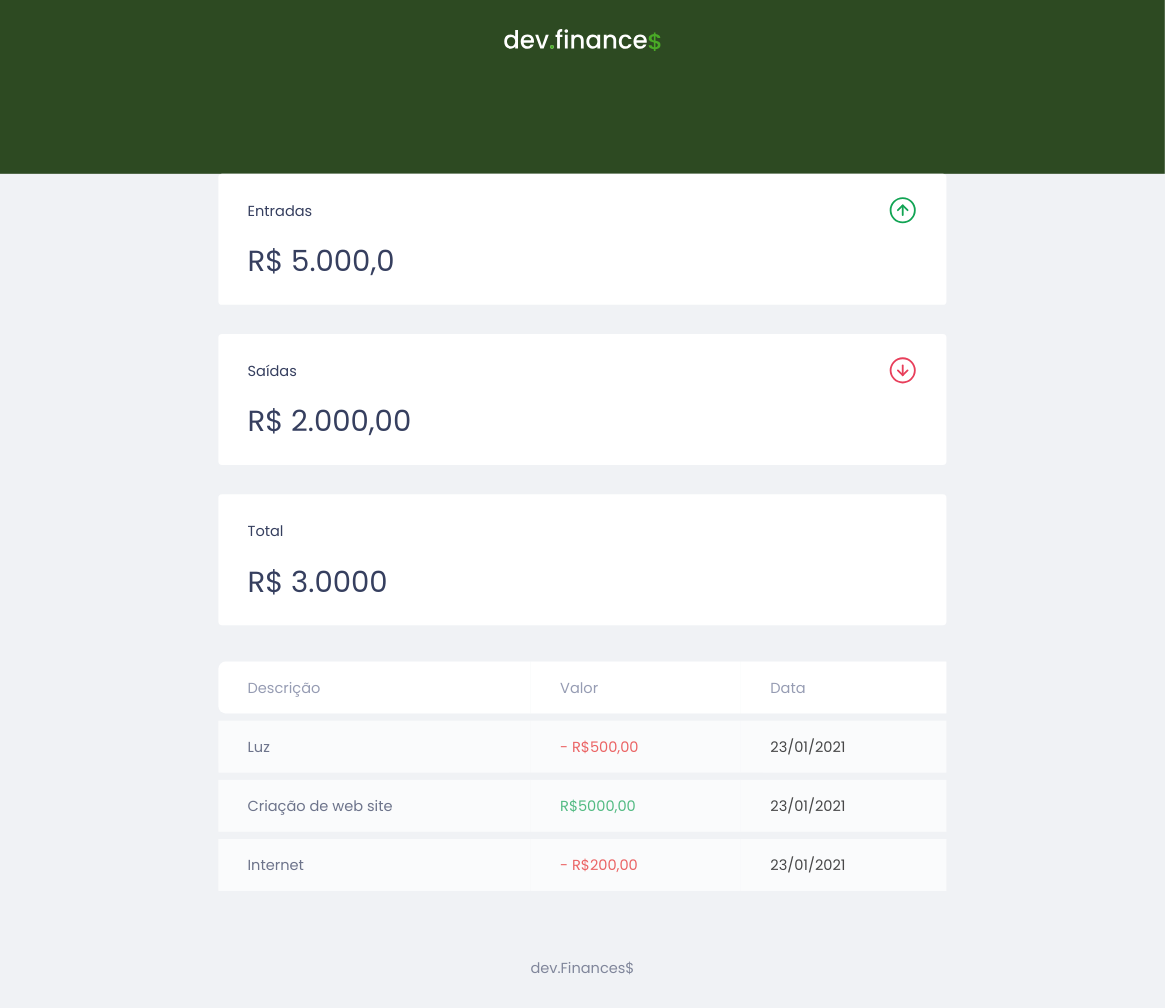
Repository: rafaelmgr12/maratona-dev01
Page: index.html
An editor plug-in stored every save of this project. The page is shown before and after the next save, followed by the edit.
The browser window is 1280 px wide. The pictures show the whole page, at 91% of full size.

Above is the page before, as saved 2021-04-27 20:24:38.

### index.html
<!DOCTYPE html>
<html lang="pt-br">
  <head>
    <meta charset="UTF-8" />
    <meta http-equiv="X-UA-Compatible" content="IE=edge" />
    <meta name="viewport" content="width=device-width, initial-scale=1.0" />
    <title>Rafael-app.finance$</title>
    <link rel="stylesheet" href="style.css" />
    <link rel="preconnect" href="https://fonts.gstatic.com" />
    <link
      href="https://fonts.googleapis.com/css2?family=Poppins:ital,wght@0,100;0,400;0,700;1,100;1,400;1,700&display=swap"
      rel="stylesheet"
    />
  </head>
  <body>
    <header>
      <img src="./assets/logo.svg" alt="Logo dev.Finance" />
    </header>
    <main class="container">
      <section id="balance">
        <h2 class="sr-only">Balanço</h2>

        <div class="card">
          <h3>
            <span>Entradas </span>
            <img src="./assets/income.svg" alt="Imagem de entradas" />
          </h3>
          <p>R$ 5.000,0</p>
        </div>
        <div class="card">
          <h3>
            <span>Saídas</span>
            <img src="./assets/expense.svg" alt="Image de saídas" />
          </h3>
          <p>R$ 2.000,00</p>
        </div>
        <div class="card">
          <h3>
            <span>Total</span>
            <img src="./assets/total.svg" alt="Image de total" />
          </h3>
          <p>R$ 3.0000</p>
        </div>
      </section>
      <section id="transaction">
        <h2 class="sr-only">Transações</h2>
        <table id="data-table">
          <thead>
            <tr>
              <th>Descrição</th>
              <th>Valor</th>
              <th>Data</th>
            </tr>
          </thead>
          <tbody>
            <tr>
              <td class="description">Luz</td>
              <td class="expense">- R$500,00</td>
              <td class="date">23/01/2021</td>
            </tr>
            <tr>
              <td class="description">Criação de web site</td>
              <td class="income">R$5000,00</td>
              <td class="date">23/01/2021</td>
            </tr>
            <tr>
              <td class="description">Internet</td>
              <td class="expense">- R$200,00</td>
              <td class="date">23/01/2021</td>
            </tr>
          </tbody>
        </table>
      </section>
    </main>
    <footer>dev.Finances$</footer>
  </body>
</html>

### style.css
/* Global ======================================== */
:root {
  --dark-blue: #363f5f;
}
* {
  margin: 0;
  padding: 0;
  box-sizing: border-box;
}

body {
  background: #f0f2f5;
  font-family: "Poppins", sans-serif;
}
/*Tricks para sumir elementos da tela, mantendo a funcionalidade de um screenreader*/
.sr-only{
  position: absolute;
  width: 1px;
  height: 1px;
  padding: 0;
  margin: -1px;
  overflow: hidden;
  clip: rect(0,0,0,0);
  white-space: nowrap;
  border-width: 0;

}
.container {
  width: min(90vw, 800px);
  margin: auto;
}
/* Titles ======================================== */
h2 {
  margin-top: 3.2rem;
  margin-bottom: 0.8rem;
  color: var(--dark-blue);

  font-weight: normal;
}

/* Header ======================================== */
header {
  background: #2d4a22;
  padding: 2rem 0 8rem;
  text-align: center;
}

#logo {
  color: #fff;
  font-weight: 100;
}

/* Balance ======================================== */
balance {
  margin-top: -8rem;
}

balance h2 {
  color: white;
  margin-top: 0;
}

/* Cards ======================================== */

.card {
  background : white;
  padding: 1.5rem 2rem;
  border-radius: 0.25rem;

  margin-bottom: 2rem;

  color: var(--dark-blue);
}

.card h3 {
  font-weight: normal;
  font-size: 1rem;
  display : flex;
  align-items: center;
  justify-content: space-between;
}

.card p {
  font-size: 2rem;
  line-height: 3rem;

  margin-top: 1rem;
}

.card.total {
  background: #49aa26;
  color: white;
}
/* Table  ======================================== */
#data-table {
  width: 100%;
  border-spacing: 0 0.5rem;
}
table thead tr th:first-child,
table thead tr td:first-child {
  border-radius: 0.5rem 0 0 0.5rem;
}

table th {
  background: white;
  color: #969cb3;
  font-weight: normal;
  padding: 1rem 2rem;
  text-align: left;
}
table tbody tr {
  opacity: 0.7;
}
table tr:hover {
  opacity: 1;
}
table tbody td {
  background: white;
  padding: 1rem 2rem;
}

td.description {
  color: var(--dark-blue);
}

td.income {
  color: #12a454;
}
td.expense {
    color : #e92929;
}

/* footer ======================================== */
footer {
  text-align: center;
  padding : 4rem 0 2rem;
  color: var(--dark-blue);

  opacity : 0.6;
}

After the next save:
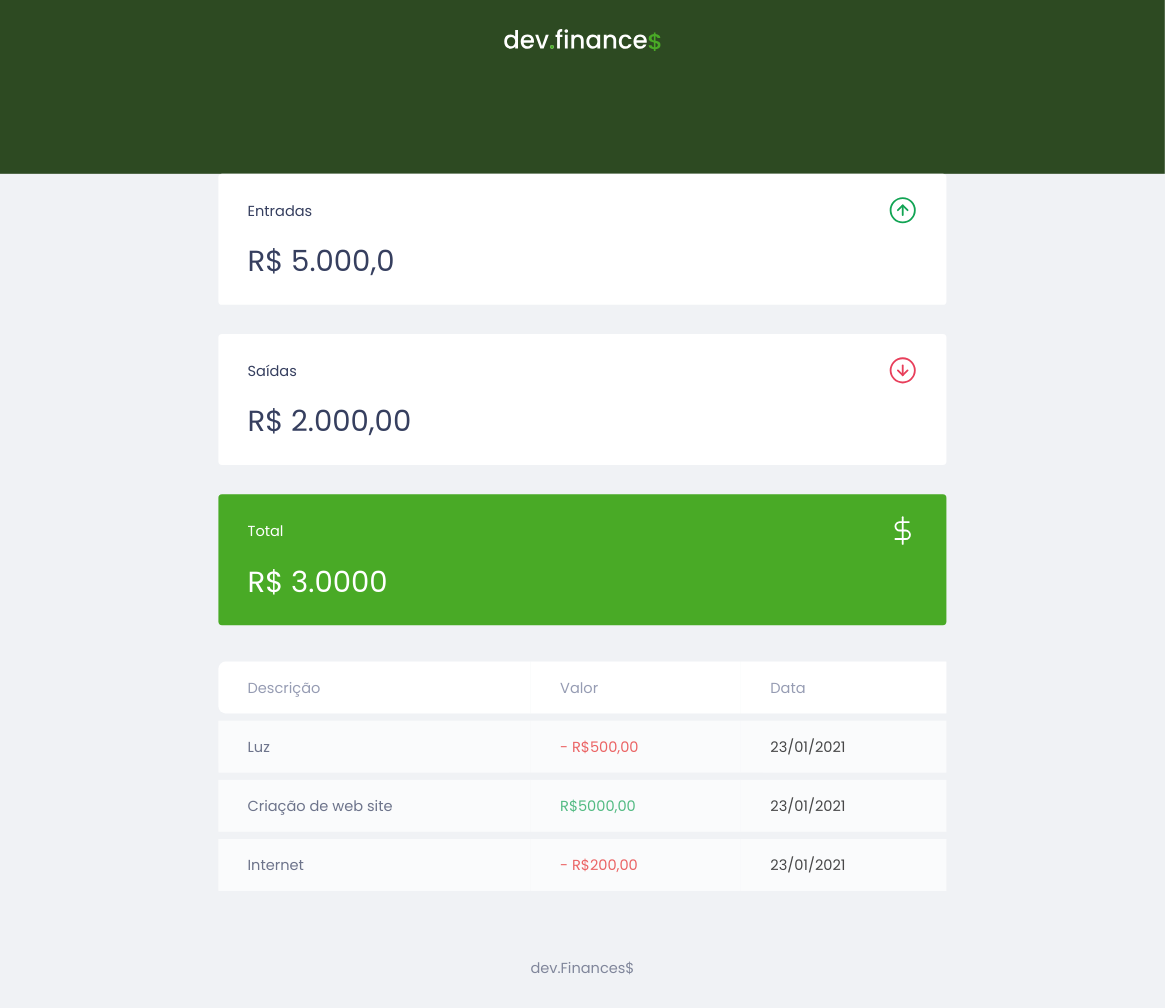
Saved 27 s later.
--- a/index.html
+++ b/index.html
@@ -34,7 +34,7 @@
           </h3>
           <p>R$ 2.000,00</p>
         </div>
-        <div class="card">
+        <div class="card total">
           <h3>
             <span>Total</span>
             <img src="./assets/total.svg" alt="Image de total" />
